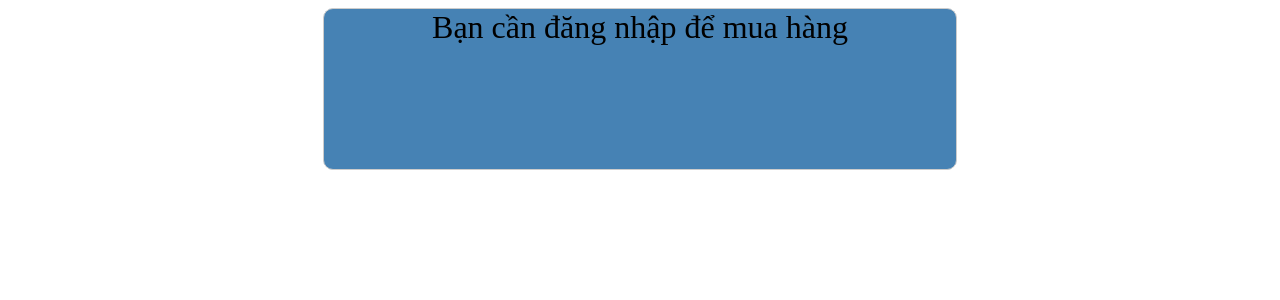
Repository: tung1233hhhhhhhhhhhhh/shoppingcart
Page: view/product/components/thongbao.html
These files come from the project's save history. The page is drawn as it stood at one moment and after the next save; the edit follows.
The browser window is 1280 px wide. The pictures show the whole page.

Above is the page before, as saved 2023-08-08 21:24:07.

After the next save:
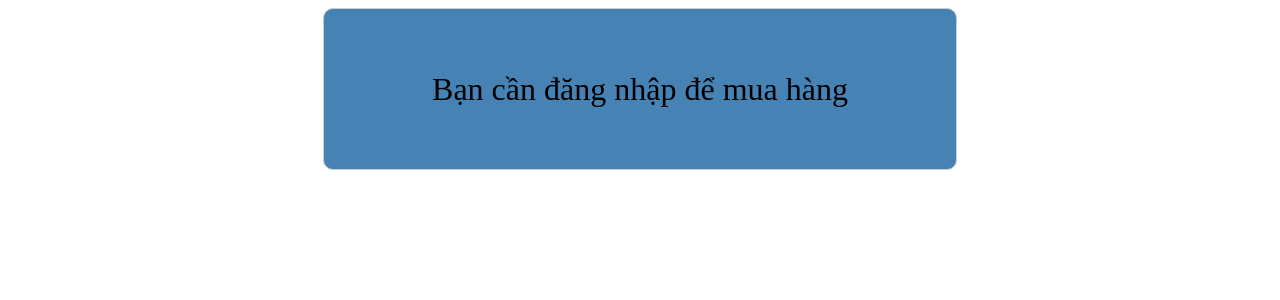
Saved 88 s later.
--- a/view/product/components/thongbao.html
+++ b/view/product/components/thongbao.html
@@ -19,6 +19,7 @@
     .text {
         font-size: 2rem;
         text-align: center;
+        line-height: 10rem;
     }
 </style>
 
